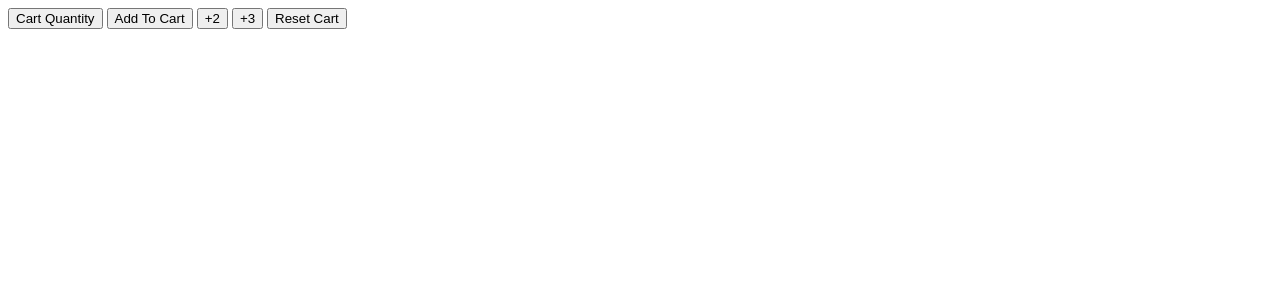
Repository: EguJaredoBoyd/Jared-Learning-Projects
Page: javascript-tutorial.html
These files come from the project's save history. The page is drawn as it stood at one moment and after the next save; the edit follows.
The browser window is 1280 px wide. The pictures show the whole page.

Above is the page before, as saved 2025-06-26 23:20:46.

After the next save:
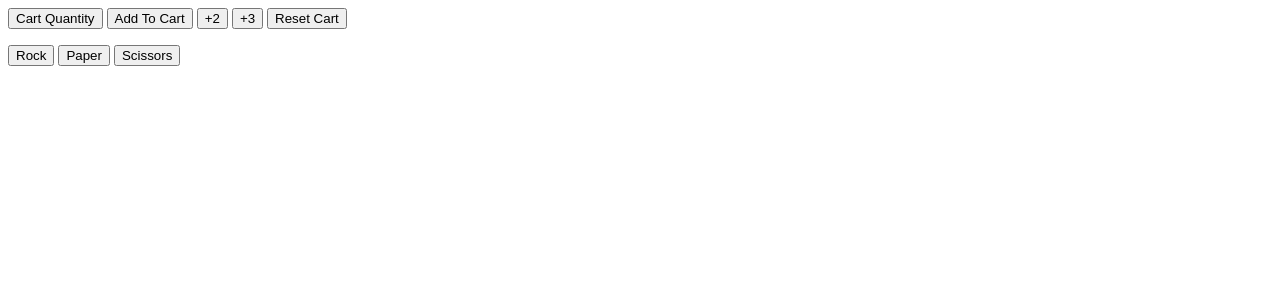
Saved 22 h 34 min later.
--- a/javascript-tutorial.html
+++ b/javascript-tutorial.html
@@ -7,16 +7,27 @@
     <script src="javacript-tutorial.js" defer></script>
 </head>
 <body>
-    <button onclick="cartDisplay()">Cart Quantity</button>
-    <button onclick="addCart();
-    cartDisplay()">Add To Cart</button>
-    <button onclick="addCart2();
-    cartDisplay()">+2</button>
-    <button onclick="addCart3();
-    cartDisplay()">+3</button>
-    <button onclick="cartReset();
-    cartDisplay()">Reset Cart</button>
+    <main>
+        <section>
+            <button onclick="cartDisplay()">Cart Quantity</button>
+            <button onclick="addCart();
+            cartDisplay()">Add To Cart</button>
+            <button onclick="addCart2();
+            cartDisplay()">+2</button>
+            <button onclick="addCart3();
+            cartDisplay()">+3</button>
+            <button onclick="cartReset();
+            cartDisplay()">Reset Cart</button>
 
-    <p id="cart-quantity"></p>
+            <p id="cart-quantity"></p>
+        </section>
+
+        <section>
+            <button>Rock</button>
+            <button>Paper</button>
+            <button>Scissors</button>
+        </section>
+    </main>
+
 </body>
 </html>
